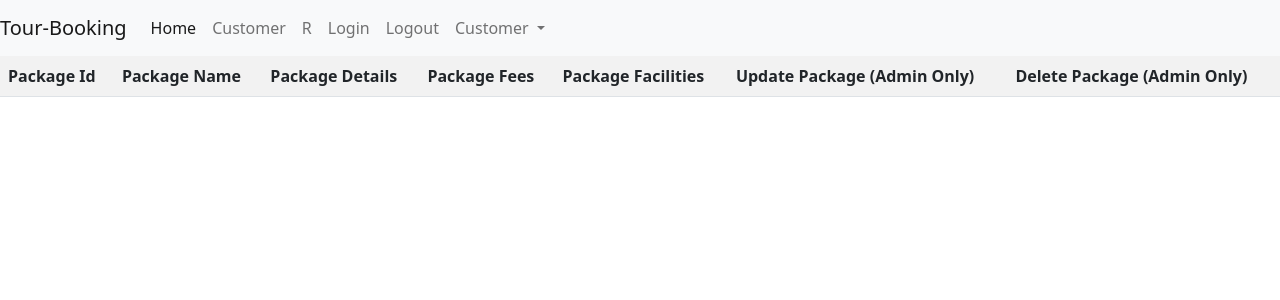
Repository: shivambhat45/Tour-Booking
Page: http://localhost/home
An editor plug-in stored every save of this project. The page is shown before and after the next save, followed by the edit.
The browser window is 1280 px wide. The pictures show the whole page.
Some web libraries are served in a nearby version. The page is this project's Thymeleaf template; nobody is signed in. The template is opened directly, without the code that normally fills it, so the values that code supplies are empty.

Above is the page before, as saved 2022-10-29 21:30:28.

After the next save:
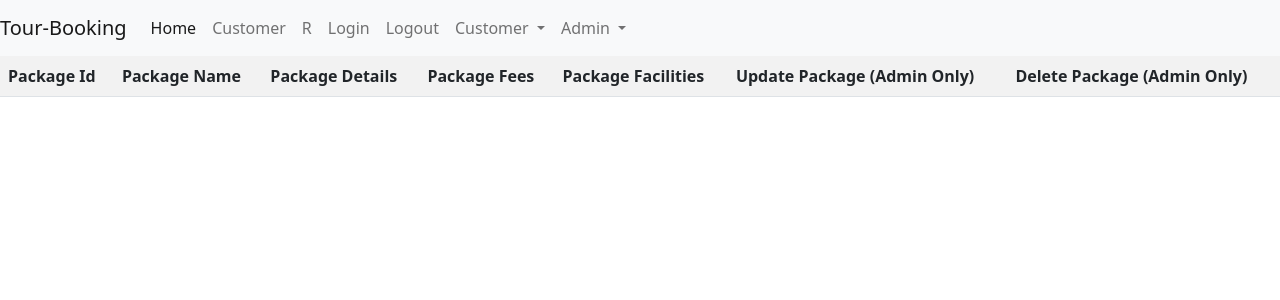
Saved 25 s later.
--- a/frontend-ui/src/main/resources/templates/home.html
+++ b/frontend-ui/src/main/resources/templates/home.html
@@ -27,6 +27,18 @@
 					<a class="nav-link dropdown-toggle" href="#" id="navbarDropdown" role="button"
 						data-toggle="dropdown" aria-haspopup="true" aria-expanded="false">
 						Customer
+					</a>
+					<div class="dropdown-menu" aria-labelledby="navbarDropdown">
+						<a class="dropdown-item" href="#">Action</a>
+						<a class="dropdown-item" href="#">Another action</a>
+						<div class="dropdown-divider"></div>
+						<a class="dropdown-item" href="#">Something else here</a>
+					</div>
+				</li>
+				<li class="nav-item dropdown">
+					<a class="nav-link dropdown-toggle" href="#" id="navbarDropdown" role="button"
+						data-toggle="dropdown" aria-haspopup="true" aria-expanded="false">
+						Admin
 					</a>
 					<div class="dropdown-menu" aria-labelledby="navbarDropdown">
 						<a class="dropdown-item" href="#">Action</a>
